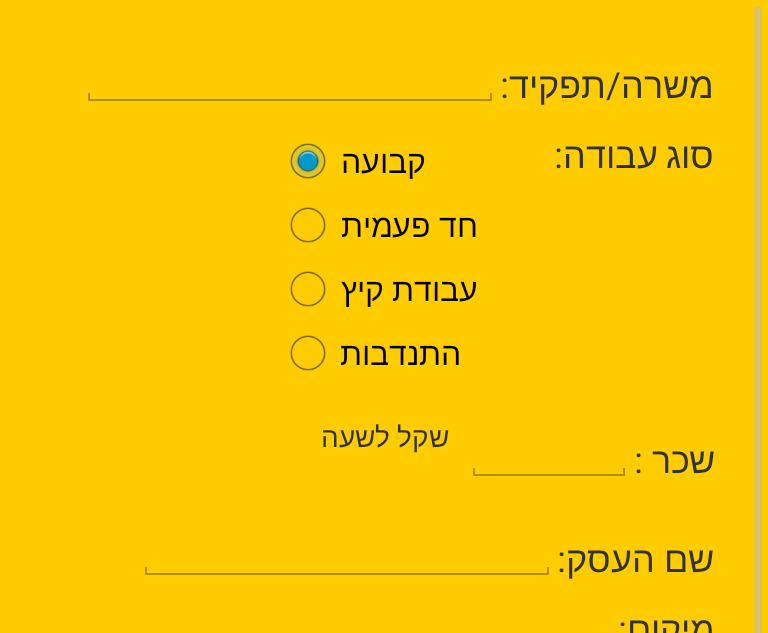
Repository: rodi055/jobli
Layout: Jobli/res/layout/fragment_create_job.xml
These files come from the project's save history. The layout is drawn as it stood at one moment and after the next save; the edit follows.
The pictures show rows 0 to 633 of an output 1280 px tall.
Pictures or frames that could not be fetched are drawn as grey boxes. It is drawn on a 768 x 1280 px phone screen (xhdpi) without system bars, with theme AppTheme; the app's code is not run. The app's manifest (not shown) leaves right-to-left support off. So textAlignment, textDirection and layoutDirection are ignored, and left and right values win over start and end ones.

Above is the layout before, as saved 2015-01-03 22:00:18.

### Jobli/res/layout/fragment_create_job.xml
<?xml version="1.0" encoding="utf-8"?>
<LinearLayout xmlns:android="http://schemas.android.com/apk/res/android"
    xmlns:tools="http://schemas.android.com/tools"
    android:layout_width="match_parent"
    android:layout_height="match_parent"
    android:background="#FFCC00"
    android:orientation="vertical"
    tools:context=".CreateNewJobActivity" >

    <ScrollView
        android:layout_width="match_parent"
        android:layout_height="wrap_content" >

        <LinearLayout
            android:layout_width="match_parent"
            android:layout_height="wrap_content"
            android:layout_marginEnd="7dp"
            android:layout_marginLeft="7dp"
            android:layout_marginRight="7dp"
            android:orientation="vertical" >

            <RelativeLayout
                android:layout_width="wrap_content"
                android:layout_height="wrap_content"
                android:layout_marginTop="15dp" >

                <TextView
                    android:id="@+id/textView1"
                    android:layout_width="wrap_content"
                    android:layout_height="wrap_content"
                    android:layout_alignParentBottom="true"
                    android:layout_alignParentEnd="true"
                    android:layout_alignParentRight="true"
                    android:layout_marginEnd="20dp"
                    android:layout_marginRight="20dp"
                    android:text="משרה/תפקיד:"
                    android:textSize="18sp" />

                <EditText
                    android:id="@+id/editText1"
                    android:layout_width="wrap_content"
                    android:layout_height="wrap_content"
                    android:layout_alignTop="@+id/textView1"
                    android:layout_toLeftOf="@+id/textView1"
                    android:layout_toStartOf="@+id/textView1"
                    android:ems="10"
                    android:inputType="text"
                    android:maxLines="1"
                    android:textSize="18sp" />
            </RelativeLayout>

            <RelativeLayout
                android:layout_width="wrap_content"
                android:layout_height="wrap_content"
                android:layout_marginTop="10dp" >

                <TextView
                    android:id="@+id/textView2"
                    android:layout_width="wrap_content"
                    android:layout_height="wrap_content"
                    android:layout_alignParentEnd="true"
                    android:layout_alignParentRight="true"
                    android:layout_alignParentTop="true"
                    android:layout_marginEnd="20dp"
                    android:layout_marginRight="20dp"
                    android:text="סוג עבודה:"
                    android:textSize="18sp" />

                <RadioGroup
                    android:id="@+id/radioGroup1"
                    android:layout_width="wrap_content"
                    android:layout_height="wrap_content"
                    android:layout_alignParentTop="true"
                    android:layout_marginEnd="38dp"
                    android:layout_marginRight="38dp"
                    android:layout_toLeftOf="@+id/textView2" >

                    <RadioButton
                        android:id="@+id/radio0"
                        android:layout_width="wrap_content"
                        android:layout_height="wrap_content"
                        android:checked="true"
                        android:text="קבועה" />

                    <RadioButton
                        android:id="@+id/radio1"
                        android:layout_width="wrap_content"
                        android:layout_height="wrap_content"
                        android:text="חד פעמית" />

                    <RadioButton
                        android:id="@+id/radio2"
                        android:layout_width="wrap_content"
                        android:layout_height="wrap_content"
                        android:text="עבודת קיץ" />

                    <RadioButton
                        android:id="@+id/radio3"
                        android:layout_width="wrap_content"
                        android:layout_height="wrap_content"
                        android:text="התנדבות" />
                </RadioGroup>
            </RelativeLayout>

            <RelativeLayout
                android:layout_width="wrap_content"
                android:layout_height="wrap_content"
                android:layout_marginTop="10dp" >

                <TextView
                    android:id="@+id/textView8"
                    android:layout_width="wrap_content"
                    android:layout_height="wrap_content"
                    android:layout_alignParentBottom="true"
                    android:layout_alignParentEnd="true"
                    android:layout_alignParentRight="true"
                    android:layout_marginEnd="20dp"
                    android:layout_marginRight="20dp"
                    android:text="שכר :"
                    android:textSize="18sp" />

                <EditText
                    android:id="@+id/editText8"
                    android:layout_width="wrap_content"
                    android:layout_height="wrap_content"
                    android:layout_alignTop="@+id/textView8"
                    android:layout_toLeftOf="@+id/textView8"
                    android:ems="4"
                    android:inputType="numberDecimal"
                    android:maxLines="1"
                    android:singleLine="true"
                    android:textSize="18sp" />

                <TextView
                    android:id="@+id/textView9"
                    android:layout_width="wrap_content"
                    android:layout_height="wrap_content"
                    android:layout_alignBottom="@+id/textView8"
                    android:layout_marginRight="8dp"
                    android:layout_toLeftOf="@+id/editText8"
                    android:text="שקל לשעה" />
            </RelativeLayout>

            <RelativeLayout
                android:layout_width="wrap_content"
                android:layout_height="wrap_content"
                android:layout_marginTop="10dp" >

                <TextView
                    android:id="@+id/textView3"
                    android:layout_width="wrap_content"
                    android:layout_height="wrap_content"
                    android:layout_alignParentBottom="true"
                    android:layout_alignParentEnd="true"
                    android:layout_alignParentRight="true"
                    android:layout_marginEnd="20dp"
                    android:layout_marginRight="20dp"
                    android:text="שם העסק:"
                    android:textSize="18sp" />

                <EditText
                    android:id="@+id/editText3"
                    android:layout_width="wrap_content"
                    android:layout_height="wrap_content"
                    android:layout_alignTop="@+id/textView3"
                    android:layout_toLeftOf="@+id/textView3"
                    android:ems="10"
                    android:maxLines="1"
                    android:singleLine="true"
                    android:textSize="18sp" />
            </RelativeLayout>

            <RelativeLayout
                android:layout_width="wrap_content"
                android:layout_height="wrap_content"
                android:layout_marginTop="10dp" >

                <TextView
                    android:id="@+id/textView4"
                    android:layout_width="wrap_content"
                    android:layout_height="wrap_content"
                    android:layout_alignParentEnd="true"
                    android:layout_alignParentRight="true"
                    android:layout_alignParentTop="true"
                    android:layout_marginEnd="20dp"
                    android:layout_marginRight="20dp"
                    android:text="מיקום:"
                    android:textSize="18sp" />
            </RelativeLayout>

            <fragment
                android:id="@+id/My_map"
                android:layout_width="match_parent"
                android:layout_height="120dp"
                android:layout_marginBottom="20dp"
                class="com.google.android.gms.maps.MapFragment" />

            <RelativeLayout
                android:layout_width="wrap_content"
                android:layout_height="wrap_content"
                android:layout_marginTop="10dp" >

                <TextView
                    android:id="@+id/textView5"
                    android:layout_width="wrap_content"
                    android:layout_height="wrap_content"
                    android:layout_alignParentBottom="true"
                    android:layout_alignParentEnd="true"
                    android:layout_alignParentRight="true"
                    android:layout_marginEnd="20dp"
                    android:layout_marginRight="20dp"
                    android:text="שם איש קשר:"
                    android:textSize="18sp" />

                <EditText
                    android:id="@+id/editText5"
                    android:layout_width="wrap_content"
                    android:layout_height="wrap_content"
                    android:layout_alignTop="@+id/textView5"
                    android:layout_toLeftOf="@+id/textView5"
                    android:layout_toStartOf="@+id/textView5"
                    android:ems="10"
                    android:inputType="textPersonName"
                    android:maxLines="1"
                    android:singleLine="true"
                    android:textSize="18sp" />
            </RelativeLayout>

            <RelativeLayout
                android:layout_width="wrap_content"
                android:layout_height="wrap_content"
                android:layout_marginTop="10dp" >

                <TextView
                    android:id="@+id/textView6"
                    android:layout_width="wrap_content"
                    android:layout_height="wrap_content"
                    android:layout_alignParentBottom="true"
                    android:layout_alignParentEnd="true"
                    android:layout_alignParentRight="true"
                    android:layout_marginEnd="20dp"
                    android:layout_marginRight="20dp"
                    android:text="איימיל:"
                    android:textSize="18sp" />

                <EditText
                    android:id="@+id/editText6"
                    android:layout_width="wrap_content"
                    android:layout_height="wrap_content"
                    android:layout_alignTop="@+id/textView6"
                    android:layout_toLeftOf="@+id/textView6"
                    android:layout_toStartOf="@+id/textView6"
                    android:ems="10"
                    android:inputType="textEmailAddress"
                    android:maxLines="1"
                    android:singleLine="true"
                    android:textSize="18sp" />
            </RelativeLayout>

            <RelativeLayout
                android:layout_width="wrap_content"
                android:layout_height="wrap_content"
                android:layout_marginTop="10dp"
                android:contentDescription="@android:string/emptyPhoneNumber" >

                <TextView
                    android:id="@+id/textView7"
                    android:layout_width="wrap_content"
                    android:layout_height="wrap_content"
                    android:layout_alignParentEnd="true"
                    android:layout_alignParentRight="true"
                    android:layout_marginEnd="20dp"
                    android:layout_marginRight="20dp"
                    android:text="מספר טלפון:"
                    android:textSize="18sp" />

                <EditText
                    android:id="@+id/editText7"
                    android:layout_width="wrap_content"
                    android:layout_height="wrap_content"
                    android:layout_alignTop="@+id/textView7"
                    android:layout_toLeftOf="@+id/textView7"
                    android:layout_toStartOf="@+id/textView7"
                    android:ems="10"
                    android:inputType="phone"
                    android:maxLines="1"
                    android:singleLine="true"
                    android:textSize="18sp" />

                <CheckBox
                    android:id="@+id/checkBox1"
                    android:layout_width="wrap_content"
                    android:layout_height="wrap_content"
                    android:layout_alignParentBottom="true"
                    android:layout_alignParentRight="true"
                    android:layout_below="@id/textView7"
                    android:text="אל תציג מספר טלפון"
                    android:textSize="12sp" />
            </RelativeLayout>

            <RelativeLayout
                android:layout_width="wrap_content"
                android:layout_height="0dp"
                android:layout_marginTop="10dp"
                android:layout_weight="0.56" >

                <TextView
                    android:id="@+id/textView10"
                    android:layout_width="wrap_content"
                    android:layout_height="wrap_content"
                    android:layout_alignParentEnd="true"
                    android:layout_alignParentRight="true"
                    android:layout_alignParentTop="true"
                    android:layout_marginBottom="15dp"
                    android:text="דרישות חובה מהתפקיד:"
                    android:textSize="18sp" />

                <TableLayout
                    android:id="@+id/table1"
                    android:layout_width="wrap_content"
                    android:layout_height="wrap_content"
                    android:layout_alignParentRight="true"
                    android:layout_below="@+id/textView10"
                    android:layout_centerVertical="true" >

                    <TableRow
                        android:id="@+id/tableRow11"
                        android:layout_width="wrap_content"
                        android:layout_height="wrap_content" >

                        <CheckBox
                            android:id="@+id/checkBox12"
                            android:layout_width="wrap_content"
                            android:layout_height="wrap_content"
                            android:text="נסיון" />

                        <CheckBox
                            android:id="@+id/checkBox4"
                            android:layout_width="wrap_content"
                            android:layout_height="wrap_content"
                            android:text="ניידות" />

                        <CheckBox
                            android:id="@+id/checkBox42"
                            android:layout_width="wrap_content"
                            android:layout_height="wrap_content"
                            android:text="עבודה פיזית" />
                    </TableRow>

                    <TableRow
                        android:id="@+id/tableRow12"
                        android:layout_width="wrap_content"
                        android:layout_height="wrap_content" >

                        <CheckBox
                            android:id="@+id/checkBox13"
                            android:layout_width="wrap_content"
                            android:layout_height="wrap_content"
                            android:text="בגרות שלם" />

                        <CheckBox
                            android:id="@+id/checkBox2"
                            android:layout_width="wrap_content"
                            android:layout_height="wrap_content"
                            android:text="תואר אקדמי" />

                        <CheckBox
                            android:id="@+id/checkBox24"
                            android:layout_width="wrap_content"
                            android:layout_height="wrap_content"
                            android:text="ידע במחשבים" />
                    </TableRow>

                    <TableRow
                        android:id="@+id/tableRow13"
                        android:layout_width="wrap_content"
                        android:layout_height="wrap_content" >

                        <CheckBox
                            android:id="@+id/checkBox14"
                            android:layout_width="wrap_content"
                            android:layout_height="wrap_content"
                            android:text="12 שנות לימוד" />

                        <CheckBox
                            android:id="@+id/checkBox22"
                            android:layout_width="wrap_content"
                            android:layout_height="wrap_content"
                            android:text="משמרות" />

                        <CheckBox
                            android:id="@+id/checkBox23"
                            android:layout_width="wrap_content"
                            android:layout_height="wrap_content"
                            android:text="שירות צבאי" />
                    </TableRow>

                    <TableRow
                        android:id="@+id/tableRow14"
                        android:layout_width="wrap_content"
                        android:layout_height="wrap_content" >
                    </TableRow>
                </TableLayout>
            </RelativeLayout>

            <RelativeLayout
                android:layout_width="wrap_content"
                android:layout_height="wrap_content"
                android:layout_marginTop="10dp" >

                <TextView
                    android:id="@+id/textView11"
                    android:layout_width="wrap_content"
                    android:layout_height="wrap_content"
                    android:layout_alignParentBottom="true"
                    android:layout_alignParentEnd="true"
                    android:layout_alignParentRight="true"
                    android:layout_marginEnd="20dp"
                    android:layout_marginRight="20dp"
                    android:text="הערות נוספות:"
                    android:textSize="18sp" />

                <EditText
                    android:id="@+id/editText11"
                    android:layout_width="wrap_content"
                    android:layout_height="wrap_content"
                    android:layout_alignTop="@+id/textView11"
                    android:layout_toLeftOf="@+id/textView11"
                    android:layout_toStartOf="@+id/textView11"
                    android:ems="10"
                    android:inputType="textMultiLine"
                    android:maxLines="4"
                    android:singleLine="false"
                    android:textSize="18sp" />
            </RelativeLayout>

            <LinearLayout
                android:id="@+id/linearLayout1"
                style="?android:attr/buttonBarStyle"
                android:layout_width="match_parent"
                android:layout_height="wrap_content"
                android:layout_alignParentBottom="true"
                android:orientation="horizontal" >

                <Button
                    android:id="@+id/cancel_button"
                    style="?android:attr/buttonBarButtonStyle"
                    android:layout_width="0dp"
                    android:layout_height="wrap_content"
                    android:layout_weight="1"
                    android:paddingLeft="4dp"
                    android:paddingRight="4dp"
                    android:text="ביטול" />

                <Button
                    android:id="@+id/add_button"
                    style="?android:attr/buttonBarButtonStyle"
                    android:layout_width="0dp"
                    android:layout_height="wrap_content"
                    android:layout_weight="1"
                    android:paddingLeft="4dp"
                    android:paddingRight="4dp"
                    android:text="פרסם" />
            </LinearLayout>
        </LinearLayout>
    </ScrollView>

</LinearLayout>

Loaded but not shown: Jobli/res/values/styles.xml (common file); Jobli/res/values-v11/styles.xml (common file); Jobli/res/values-v14/styles.xml (common file)

After the next save:
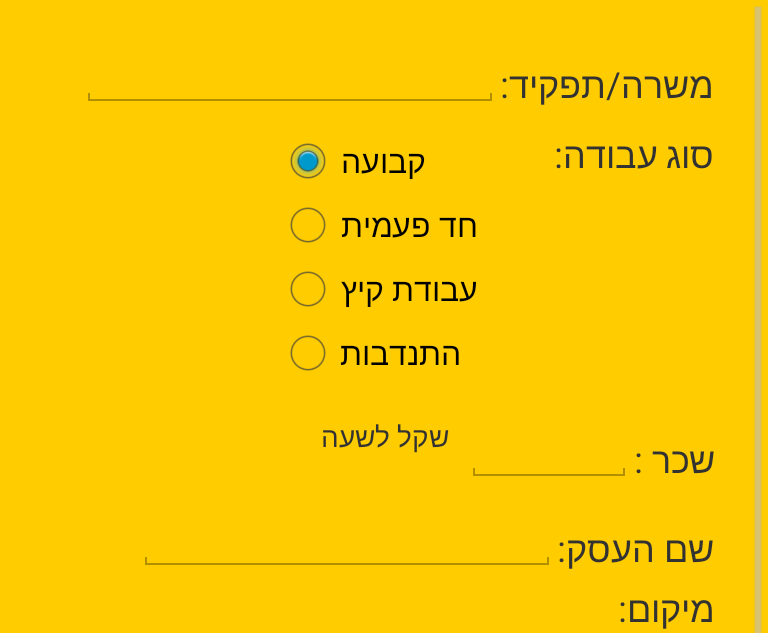
Saved 41 s later.
--- a/Jobli/res/layout/fragment_create_job.xml
+++ b/Jobli/res/layout/fragment_create_job.xml
@@ -144,7 +144,7 @@
             <RelativeLayout
                 android:layout_width="wrap_content"
                 android:layout_height="wrap_content"
-                android:layout_marginTop="10dp" >
+                android:layout_marginTop="5dp" >
 
                 <TextView
                     android:id="@+id/textView3"
@@ -173,7 +173,7 @@
             <RelativeLayout
                 android:layout_width="wrap_content"
                 android:layout_height="wrap_content"
-                android:layout_marginTop="10dp" >
+                android:layout_marginTop="5dp" >
 
                 <TextView
                     android:id="@+id/textView4"
@@ -198,7 +198,7 @@
             <RelativeLayout
                 android:layout_width="wrap_content"
                 android:layout_height="wrap_content"
-                android:layout_marginTop="10dp" >
+                android:layout_marginTop="5dp" >
 
                 <TextView
                     android:id="@+id/textView5"
@@ -229,7 +229,7 @@
             <RelativeLayout
                 android:layout_width="wrap_content"
                 android:layout_height="wrap_content"
-                android:layout_marginTop="10dp" >
+                android:layout_marginTop="5dp" >
 
                 <TextView
                     android:id="@+id/textView6"
@@ -260,7 +260,7 @@
             <RelativeLayout
                 android:layout_width="wrap_content"
                 android:layout_height="wrap_content"
-                android:layout_marginTop="10dp"
+                android:layout_marginTop="5dp"
                 android:contentDescription="@android:string/emptyPhoneNumber" >
 
                 <TextView
